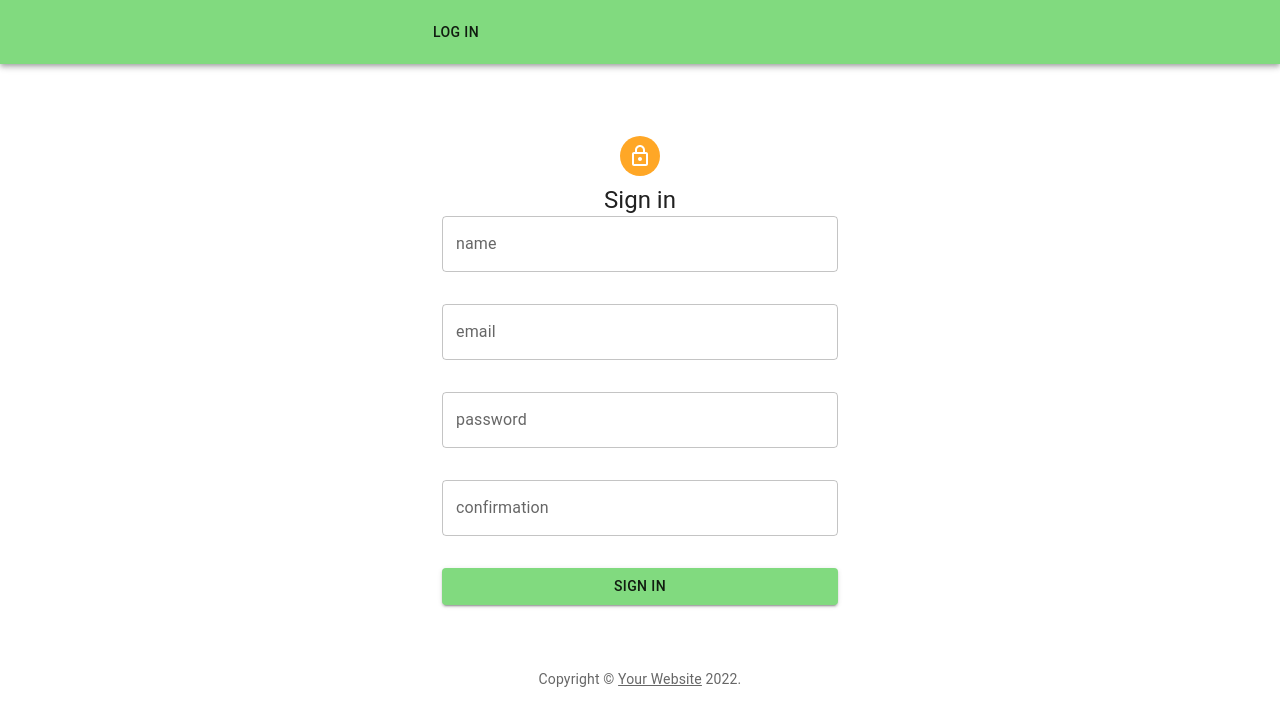
Repository: motohiro0410/motsufood
Page: /signin (app in frontend/)
An editor plug-in stored every save of this project. The page is shown before and after the next save, followed by the edit.
The browser window is 1280 px wide. The pictures show the whole page.
The project was rebuilt for these pictures with package versions that can differ from the ones it lists, and the page was loaded fresh each time. Also part of the build but not shown: frontend/src/components/pages/Login.tsx, frontend/src/components/organisms/Footer.tsx, frontend/src/components/organisms/MainHeader.tsx, frontend/src/components/organisms/UserDetailModal.tsx, frontend/src/apis/useCreateCount.ts, frontend/src/components/pages/Count.tsx, frontend/src/components/pages/Money.tsx, frontend/src/components/organisms/GroupHeader.tsx and 8 more.

Above is the page before, as saved 2022-08-21 23:46:51.

After the next save:
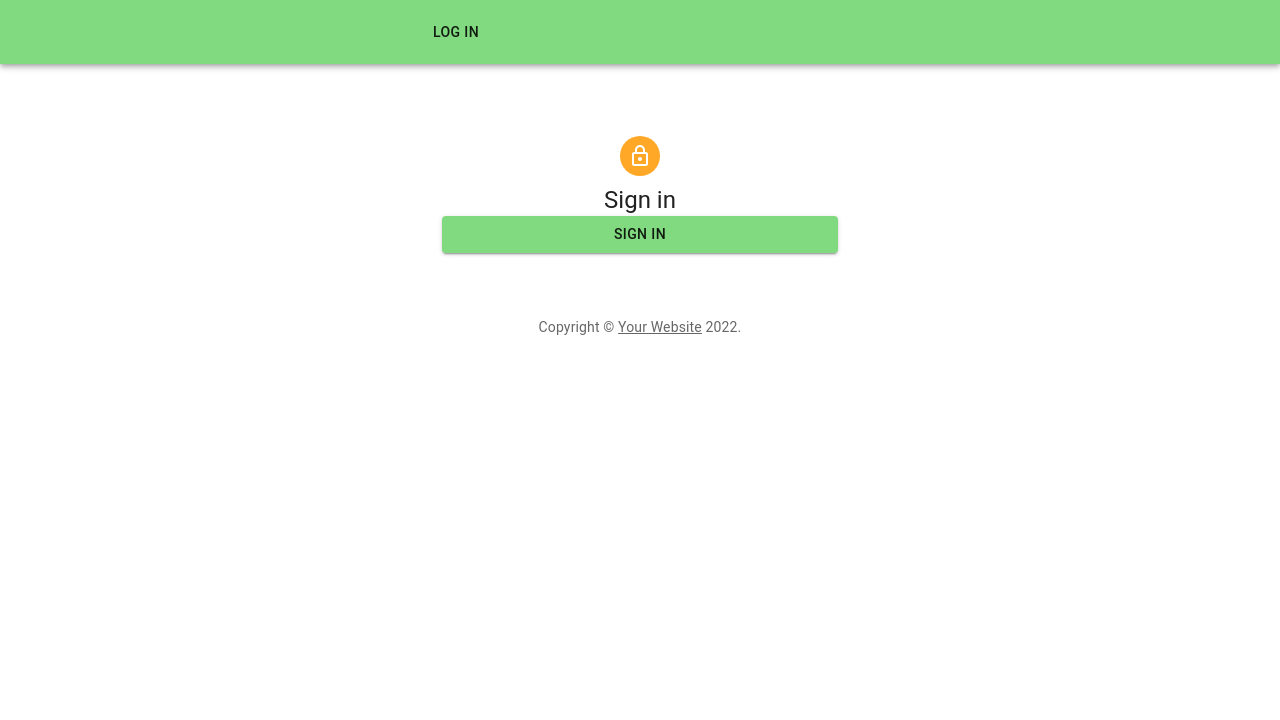
Saved 108 s later.
--- a/frontend/src/components/pages/SignIn.tsx
+++ b/frontend/src/components/pages/SignIn.tsx
@@ -58,46 +58,7 @@
               Sign in
             </Typography>
             <Stack component="form" width="100%" onSubmit={handleSubmit} noValidate spacing={4} >
-              <FormControl fullWidth sx={{ m: 5 }}>
-                <InputLabel htmlFor="outlined-adornment-amount">name</InputLabel>
-                <OutlinedInput
-                  id="outlined-adornment-amount"
-                  label="name"
-                  // value={}
-                  // onChange={}
-                  type="string"
-                />
-              </FormControl>
-              <FormControl fullWidth sx={{ m: 5 }}>
-                <InputLabel htmlFor="outlined-adornment-amount">email</InputLabel>
-                <OutlinedInput
-                  id="outlined-adornment-amount"
-                  label="email"
-                  // value={}
-                  // onChange={}
-                  type="string"
-                />
-              </FormControl>
-              <FormControl fullWidth sx={{ m: 5 }}>
-                <InputLabel htmlFor="outlined-adornment-amount">password</InputLabel>
-                <OutlinedInput
-                  id="outlined-adornment-amount"
-                  label="password"
-                  // value={}
-                  // onChange={}
-                  type="string"
-                />
-              </FormControl>
-              <FormControl fullWidth sx={{ m: 5 }}>
-                <InputLabel htmlFor="outlined-adornment-amount">confirmation</InputLabel>
-                <OutlinedInput
-                  id="outlined-adornment-amount"
-                  label="confirmation"
-                  // value={}
-                  // onChange={}
-                  type="string"
-                />
-              </FormControl>
+
               <Button
                 type="submit"
                 fullWidth
@@ -114,3 +75,14 @@
      </>
   );
 }
+
+              {/* <TextField
+                margin="normal"
+                required
+                fullWidth
+                id="name"
+                label="name"
+                name="name"
+                autoComplete="name"
+                autoFocus
+              /> */}

After the save that followed:
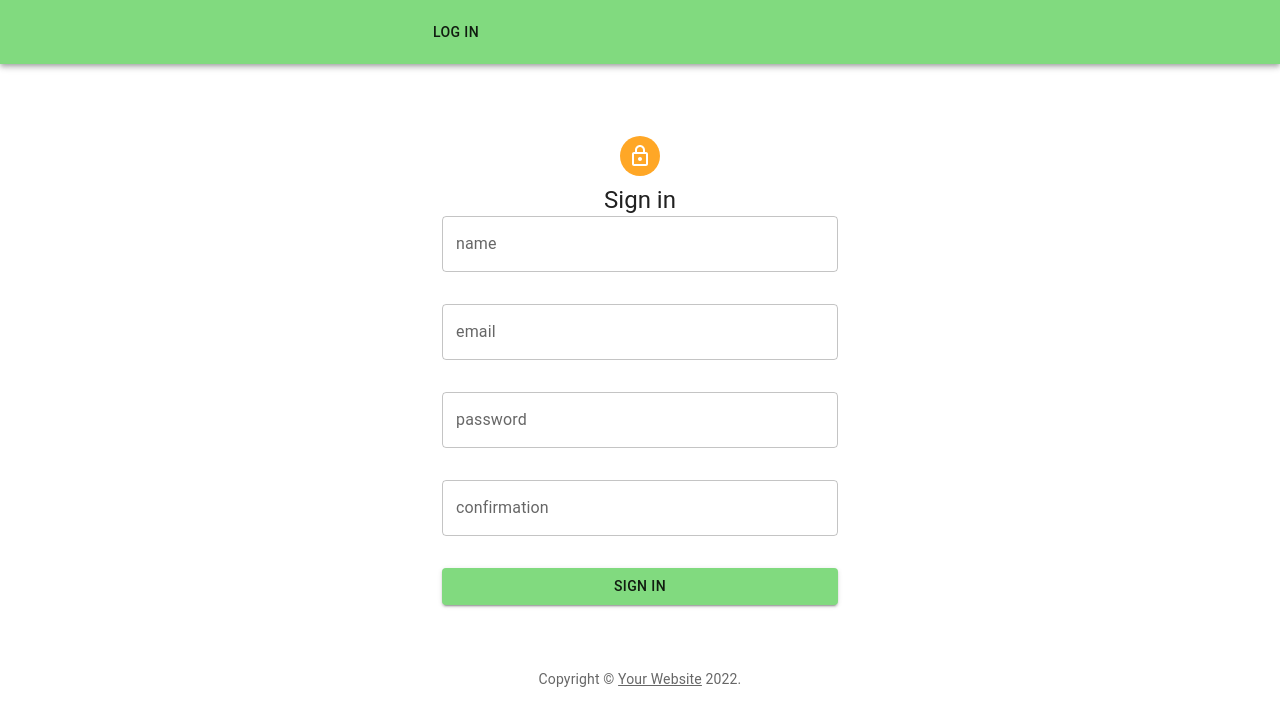
Saved 9 s later.
--- a/frontend/src/components/pages/SignIn.tsx
+++ b/frontend/src/components/pages/SignIn.tsx
@@ -58,7 +58,46 @@
               Sign in
             </Typography>
             <Stack component="form" width="100%" onSubmit={handleSubmit} noValidate spacing={4} >
-
+            <FormControl fullWidth sx={{ m: 5 }}>
+                <InputLabel htmlFor="outlined-adornment-amount">name</InputLabel>
+                <OutlinedInput
+                  id="outlined-adornment-amount"
+                  label="name"
+                  // value={}
+                  // onChange={}
+                  type="string"
+                />
+              </FormControl>
+              <FormControl fullWidth sx={{ m: 5 }}>
+                <InputLabel htmlFor="outlined-adornment-amount">email</InputLabel>
+                <OutlinedInput
+                  id="outlined-adornment-amount"
+                  label="email"
+                  // value={}
+                  // onChange={}
+                  type="string"
+                />
+              </FormControl>
+              <FormControl fullWidth sx={{ m: 5 }}>
+                <InputLabel htmlFor="outlined-adornment-amount">password</InputLabel>
+                <OutlinedInput
+                  id="outlined-adornment-amount"
+                  label="password"
+                  // value={}
+                  // onChange={}
+                  type="string"
+                />
+              </FormControl>
+              <FormControl fullWidth sx={{ m: 5 }}>
+                <InputLabel htmlFor="outlined-adornment-amount">confirmation</InputLabel>
+                <OutlinedInput
+                  id="outlined-adornment-amount"
+                  label="confirmation"
+                  // value={}
+                  // onChange={}
+                  type="string"
+                />
+              </FormControl>
               <Button
                 type="submit"
                 fullWidth
